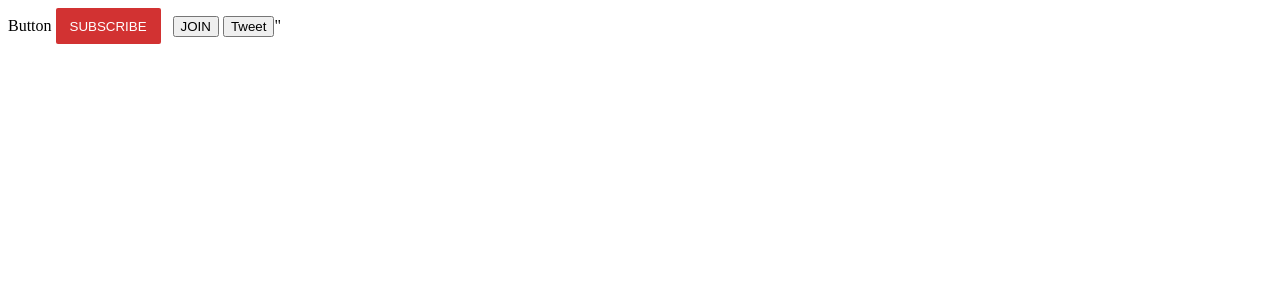
Repository: knowledgeAlan/css-lession-project
Page: lesson-03/buttons.html
These files come from the project's save history. The page is drawn as it stood at one moment and after the next save; the edit follows.
The browser window is 1280 px wide. The pictures show the whole page.
The first visible `.subscribe-button` is being pressed.

Above is the page before, as saved 2024-01-09 19:42:10.

### lesson-03/buttons.html
<html>
    <head>Button</head>
    <title>Button</title>


    <style>
        .subscribe-button{
            background-color: rgb(200, 0, 0);
            color: white;
            border: none;
            height: 36px;
            width: 105px;
            border-radius: 2px;
            cursor: pointer;
            margin-right: 8px;
            transition: opacity 0.15s;

        }

        .subscribe-button:hover{
            opacity: 0.8;
        }
    </style>
    <body>

        <button class="subscribe-button">
            SUBSCRIBE
        </button>


        <button class="join-button">
            JOIN
        </button>

        <button class="tweet-button" >
            Tweet
        </button>"
    </body>
</html>

After the next save:
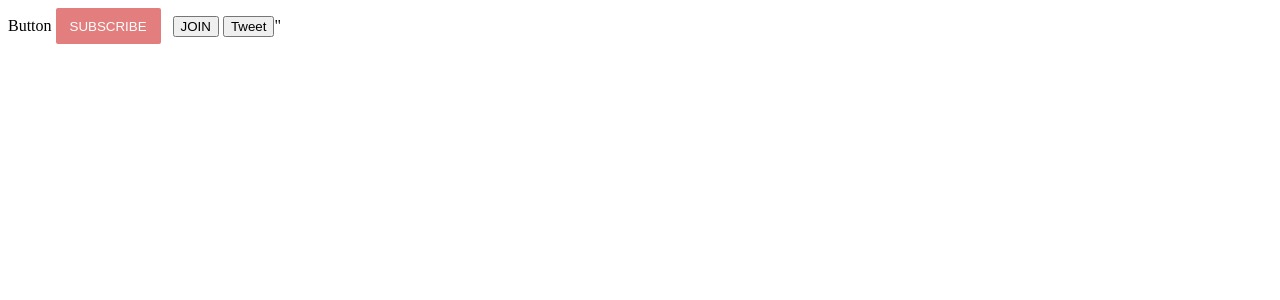
Saved 15 s later.
--- a/lesson-03/buttons.html
+++ b/lesson-03/buttons.html
@@ -20,6 +20,11 @@
         .subscribe-button:hover{
             opacity: 0.8;
         }
+
+
+        .subscribe-button:active {
+            opacity: 0.5;
+        }
     </style>
     <body>
 
